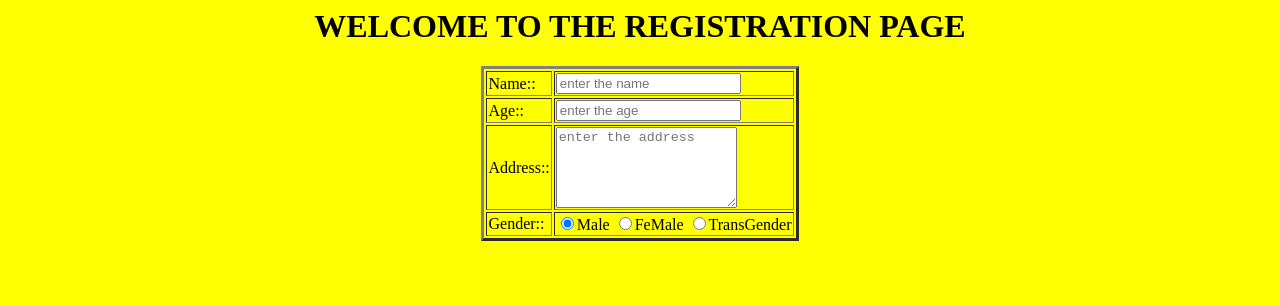
Repository: shivaramkrishna53/SERVLET_PROJECTS
Page: proj12-WorkingWithDifferentFormComponents-RegistrationApp/WebContent/input.html
An editor plug-in stored every save of this project. The page is shown before and after the next save, followed by the edit.
The browser window is 1280 px wide. The pictures show the whole page.

Above is the page before, as saved 2021-01-12 14:22:31.

After the next save:
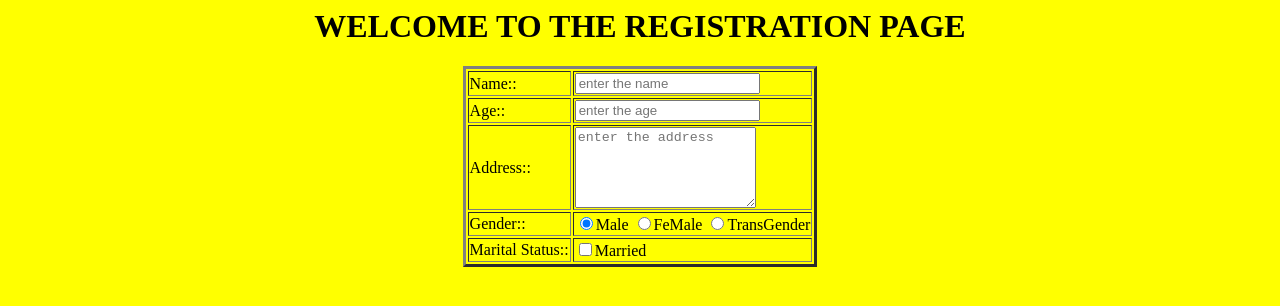
Saved 2 min 21 s later.
--- a/proj12-WorkingWithDifferentFormComponents-RegistrationApp/WebContent/input.html
+++ b/proj12-WorkingWithDifferentFormComponents-RegistrationApp/WebContent/input.html
@@ -33,6 +33,12 @@
 <input type="radio" name="gender" value="T">TransGender
 </td>
 </tr>
+<tr>
+<td>Marital Status::</td>
+<td>
+<input type="checkbox" value="Married">Married
+</td>
+</tr>
 </table>
 </form>
 </center>
